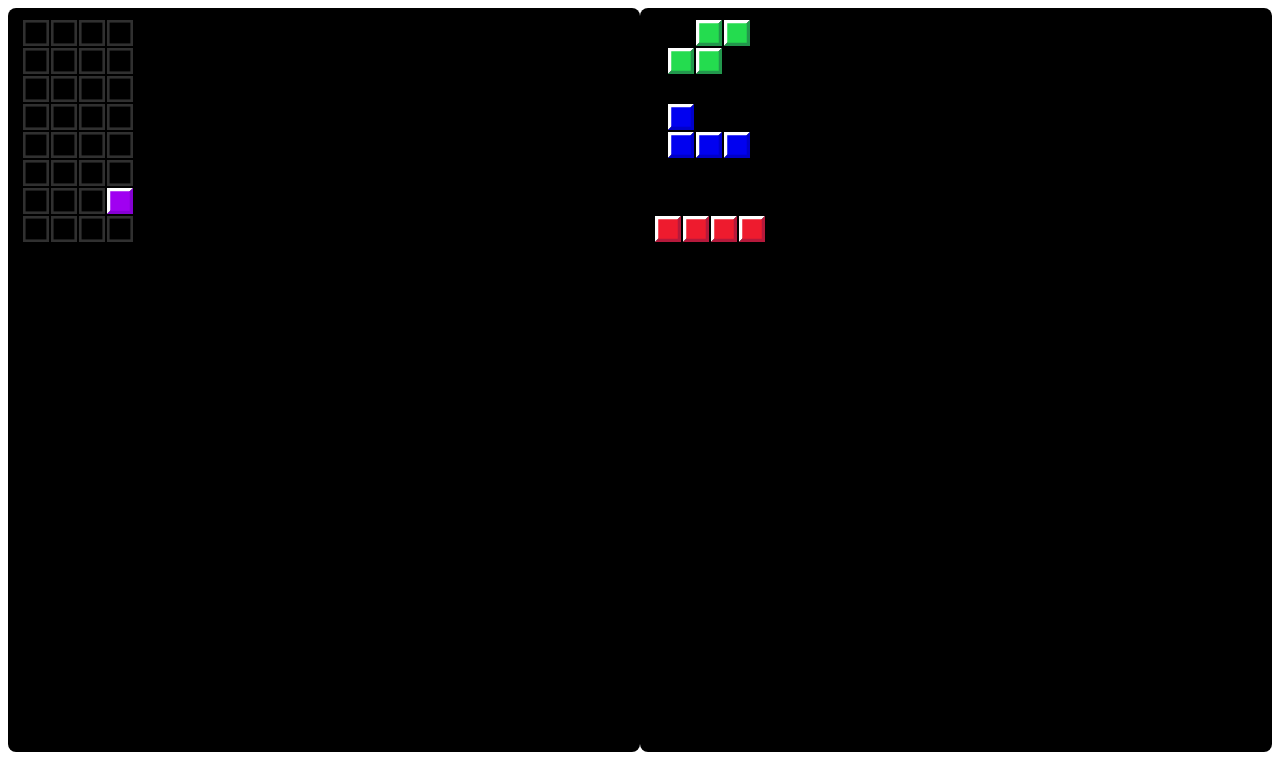
Repository: powidev/Epik-Tetris
Page: index.html
The author's editor kept a copy of each file at every save. The page is drawn from the files as they stood at one save, then again after the next save.
The browser window is 1280 px wide. The pictures show the whole page.

Above is the page before, as saved 2025-05-20 16:40:41.

### index.html
<!DOCTYPE html>
<html lang="en">
<head>
    <meta charset="UTF-8">
    <meta name="viewport" content="width=device-width, initial-scale=1.0">
    <title>Tetris</title>
    <link rel="stylesheet" href="style.css">
</head>
<body>
    <div class="canvas-container">
        <canvas id="canvas-tetris"></canvas>
    </div>

    <div class="canvas-container">
        <canvas id="canvas-next"></canvas>
    </div>

    <script src="scripts/main.js" type="module"></script>
</body>
</html>

### style.css
body {
    display: flex;
}
.canvas-container {
    width: 100%;
    height: 100vh;
    background-color: black;
    padding: 12px 15px;
    border-radius: 8px;
}

### scripts/main.js
import { Game } from '/scripts/game.js';

const canvasTetris = document.getElementById("canvas-tetris");
const canvasNext = document.getElementById("canvas-next");
const rows = 20;
const cols = 10;
const cellSize = 26;
const space = 2;

const game = new Game(canvasTetris, rows, cols, cellSize, space,canvasNext);

function update() {
    game.update();
    requestAnimationFrame(update);
}

update();

### scripts/game.js
import { TetrominosBag } from "/scripts/tetromino.js";
import { BoardTetris, BoardNext, BoardHold } from "/scripts/boardTetris.js";

export class Game {
    constructor(canvas, rows, cols, cellSize, space, canvasNext) {
        this.boardTetris = new BoardTetris(canvas, rows, cols, cellSize, space);
        this.tetrominosBag = new TetrominosBag(canvas, cellSize);
        this.currentTetromino = this.tetrominosBag.nextTetromino();
        this.keyboard();
        this.keys = {up:false,down:false}

        this.lastTime = 0;
        this.lastTime2 = 0;

        this.next = new BoardNext(canvasNext, 8, 4, cellSize, space, this.tetrominosBag.getThreeNextTetrominos());
        this.hold = new BoardHold(canvas, 8, 4, cellSize, space, this.tetrominosBag.getThreeNextTetrominos());
    }
    update(){
        let currentTime = Date.now();
        let deltaTime = currentTime - this.lastTime;
        let deltaTime2 = currentTime - this.lastTime2;

        if(deltaTime >= 1000){
            this.autoMoveTetrominoDown();
            this.lastTime = currentTime;
        }
        if(deltaTime2 >= 50){
            this.boardTetris.draw();
            this.drawTetrominoGhost();
            this.currentTetromino.draw(this.boardTetris);

            this.next.draw2();

            if(this.keys.down){
                this.moveTetrominoDown();
            }
            this.lastTime2 = currentTime;
        }
    }
    autoMoveTetrominoDown(){
        this.currentTetromino.move(1,0);
        if(this.blockedTetromino()){
            this.currentTetromino.move(-1,0);
            this.placeTetromino();
        }
    }
    blockedTetromino(){
        const tetrominoPositions = this.currentTetromino.currentPositions();
        for(let i = 0; i < tetrominoPositions.length; i++){
            if(!this.boardTetris.isEmpty(tetrominoPositions[i].row,tetrominoPositions[i].column)){
                return true;
            }
        }
        return false;
    }
    moveTetrominoLeft(){
        this.currentTetromino.move(0,-1);
        if(this.blockedTetromino()){
            this.currentTetromino.move(0,1);
        }
    }
    moveTetrominoRight(){
        this.currentTetromino.move(0,1);
        if(this.blockedTetromino()){
            this.currentTetromino.move(0,-1);
        }
    }
    moveTetrominoDown(){
        this.currentTetromino.move(1,0);
        if(this.blockedTetromino()){
            this.currentTetromino.move(-1,0);
        }
    }
    rotationTetrominoCW(){
        this.currentTetromino.rotation++;
        if(this.currentTetromino.rotation > this.currentTetromino.shapes.length-1){
            this.currentTetromino.rotation = 0;
        }
        if(this.blockedTetromino()){
            this.rotationTetrominoCCW();
        }
    }
    rotationTetrominoCCW(){
        this.currentTetromino.rotation--;
        if(this.currentTetromino.rotation < 0){
            this.currentTetromino.rotation = this.currentTetromino.shapes.length-1;
        }
        if(this.blockedTetromino()){
            this.rotationTetrominoCW();
        }
    }
    placeTetromino(){
        const tetrominoPositions = this.currentTetromino.currentPositions();
        for(let i = 0; i < tetrominoPositions.length; i++){
            this.boardTetris.matriz
                    [tetrominoPositions[i].row]
                    [tetrominoPositions[i].column] = this.currentTetromino.id;
        }
        this.boardTetris.clearFullRows();
        if(this.boardTetris.gameOver()){
            return true;
        }else{
            this.currentTetromino = this.tetrominosBag.nextTetromino();
            this.next.listTretominos = this.tetrominosBag.getThreeNextTetrominos();
            this.next.updateMatriz();
        }
    }
    dropDistance(position){
        let distance = 0;
        while(this.boardTetris.isEmpty(position.row + distance +1, position.column)){
            distance++;
        }
        return distance;
    }
    tetrominoDropDistance(){
        let drop = this.boardTetris.rows;
        const tetrominoPositions = this.currentTetromino.currentPositions();
        for(let i = 0; i < tetrominoPositions.length; i++){
            drop = Math.min(drop, this.dropDistance(tetrominoPositions[i]))
        }
        return drop;
    }
    drawTetrominoGhost(){
        const dropDistance = this.tetrominoDropDistance();
        const tetrominoPositions = this.currentTetromino.currentPositions();
        for(let i = 0; i < tetrominoPositions.length; i++){
            let position = this.boardTetris.getCoordinates(
                tetrominoPositions[i].column,
                tetrominoPositions[i].row + dropDistance
            );
            this.boardTetris.drawSquare(position.x,position.y,this.boardTetris.cellSize,"#000","white",20);
        }
    }
    dropBlock(){
        this.currentTetromino.move(this.tetrominoDropDistance(),0);
        this.placeTetromino();
    }
    keyboard(){
        window.addEventListener("keydown", (evt) => {
            if(evt.key === "ArrowLeft"){
                this.moveTetrominoLeft();
            }
            if(evt.key === "ArrowRight"){
                this.moveTetrominoRight();
            }
            if(evt.key === "ArrowUp" && !this.keys.up){
                this.rotationTetrominoCW();
                this.keys.up = true;
            }
            if(evt.key === "ArrowDown"){
                this.moveTetrominoDown();
                this.keys.down = true;
            }
        });
        window.addEventListener("keyup", (evt) => {
            if(evt.key === "ArrowUp"){
                this.keys.up = false;
            }
            if(evt.key === "ArrowDown"){
                this.keys.down = false;
            }
        });
        window.addEventListener("click", () => {
            this.dropBlock();
        });
    }
}

### scripts/tetromino.js
class Position{
    constructor(row, column){
        this.row = row;
        this.column = column;
    }
}

class Tetromino {
    constructor(canvas, cellSize, shapes = [], initPosition = new Position(), id=1) {
        this.canvas = canvas;
        this.ctx = this.canvas.getContext('2d');
        this.cellSize = cellSize;
        this.shapes = shapes;
        this.rotation = 0;
        this.initPosition = initPosition;
        this.position = new Position(this.initPosition.row, this.initPosition.column);
        this.id = id;
    }
    drawSquare(x, y, side, color) {
        this.ctx.fillStyle = color;
        this.ctx.fillRect(x, y, side, side);
    }
    drawTriangle(x1, y1, x2, y2, x3, y3, color) {
        this.ctx.beginPath();
        this.ctx.moveTo(x1, y1);
        this.ctx.lineTo(x2, y2);
        this.ctx.lineTo(x3, y3);
        this.ctx.closePath();
        this.ctx.fillStyle = color;
        this.ctx.fill();
    }
    getColorPalette(id) {
        const palette = {
            1:{
                rightTriangle : "#FE8601",
                leftTriangle : "#FFFFFF",
                square : "#FFDB01"
            },
            2:{
                rightTriangle : "#FE5E02",
                leftTriangle : "#FFFFFF",
                square : "#FE8602"
            },
            3:{
                rightTriangle : "#B5193B",
                leftTriangle : "#FFFFFF",
                square : "#EE1B2E"
            },
            4:{
                rightTriangle : "#22974C",
                leftTriangle : "#FFFFFF",
                square : "#24DC4F"
            },
            5:{
                rightTriangle : "#49BDFF",
                leftTriangle : "#FFFFFF",
                square : "#2D97F7"
            },
            6:{
                rightTriangle : "#0000C9",
                leftTriangle : "#FFFFFF",
                square : "#0101F0"
            },
            7:{
                rightTriangle : "#8500D3",
                leftTriangle : "#FFFFFF",
                square : "#A000F1"
            }
        }
        return palette[id] || palette[1];
    }
    drawBlock(x, y, id){
        const margin = this.cellSize / 8;
        const palette = this.getColorPalette(id);

        this.drawTriangle(
            x, y,
            x + this.cellSize, y,
            x, y + this.cellSize,
            palette.leftTriangle
        );

        this.drawTriangle(
            x + this.cellSize, y,
            x + this.cellSize, y + this.cellSize,
            x, y + this.cellSize,
            palette.rightTriangle
        );

        this.drawSquare(
            x + margin,
            y + margin,
            this.cellSize - (margin * 2),
            palette.square
        );
    }
    currentShape(){
        return this.shapes[this.rotation];
    }
    draw(grid){
        const shape = this.currentShape();
        for(let i = 0; i < shape.length; i++){
            const position = grid.getCoordinates(
                this.position.column + shape[i].column,
                this.position.row + shape[i].row
            );
            this.drawBlock(position.x, position.y, this.id);
        }
    }
    currentPositions(){
        const positions = [];
        const shape = this.currentShape();
        for(let i = 0; i < shape.length; i++){
            positions.push(new Position(
                this.position.row + shape[i].row,
                this.position.column + shape[i].column
            ));
        }
        return positions;
    }
    move(row, column){
        this.position.row += row;
        this.position.column += column;
    }
    reset(){
        this.rotation = 0;
        this.position = new Position(this.initPosition.row, this.initPosition.column);
    }
}

const TetrominoTypes = {
    T:{
        id:1,
        initPosition: new Position(0, 3),
        shapes: [
            [new Position(0, 1), new Position(1, 0), new Position(1, 1), new Position(1, 2)],
            [new Position(0, 1), new Position(1, 1), new Position(1, 2), new Position(2, 1)],
            [new Position(1, 0), new Position(1, 1), new Position(1, 2), new Position(2, 1)],
            [new Position(0, 1), new Position(1, 0), new Position(1, 1), new Position(2, 1)]
        ]
    },
    O:{
        id:2,
        initPosition: new Position(0, 4),
        shapes: [
            [new Position(0, 0), new Position(0, 1), new Position(1, 0), new Position(1, 1)]
        ]
    },
    I:{
        id:3,
        initPosition: new Position(-1, 3),
        shapes: [
            [new Position(1, 0), new Position(1, 1), new Position(1, 2), new Position(1, 3)],
            [new Position(0, 2), new Position(1, 2), new Position(2, 2), new Position(3, 2)],
            [new Position(2, 0), new Position(2, 1), new Position(2, 2), new Position(2, 3)],
            [new Position(0, 1), new Position(1, 1), new Position(2, 1), new Position(3, 1)]
        ]
    },
    S:{
        id:4,
        initPosition: new Position(0, 3),
        shapes: [
            [new Position(0, 1), new Position(0, 2), new Position(1, 0), new Position(1, 1)],
            [new Position(0, 1), new Position(1, 1), new Position(1, 2), new Position(2, 2)],
            [new Position(1, 1), new Position(1, 2), new Position(2, 0), new Position(2, 1)],
            [new Position(0, 0), new Position(1, 0), new Position(1, 1), new Position(2, 1)]
        ]
    },
    Z:{
        id:5,
        initPosition: new Position(0, 3),
        shapes: [
            [new Position(0, 0), new Position(0, 1), new Position(1, 1), new Position(1, 2)],
            [new Position(0, 2), new Position(1, 1), new Position(1, 2), new Position(2, 1)],
            [new Position(1, 0), new Position(1, 1), new Position(2, 1), new Position(2, 2)],
            [new Position(0, 1), new Position(1, 0), new Position(1, 1), new Position(2, 0)]
        ]
    },
    J:{
        id:6,
        initPosition: new Position(0, 3),
        shapes: [
            [new Position(0, 0), new Position(1, 0), new Position(1, 1), new Position(1, 2)],
            [new Position(0, 1), new Position(0, 2), new Position(1, 1), new Position(2, 1)],
            [new Position(1, 0), new Position(1, 1), new Position(1, 2), new Position(2, 2)],
            [new Position(0, 1), new Position(1, 1), new Position(2, 0), new Position(2, 1)]
        ]
    },
    L:{
        id:7,
        initPosition: new Position(0, 3),
        shapes: [
            [new Position(0, 2), new Position(1, 0), new Position(1, 1), new Position(1, 2)],
            [new Position(0, 1), new Position(1, 1), new Position(2, 1), new Position(2, 2)],
            [new Position(1, 0), new Position(1, 1), new Position(1, 2), new Position(2, 0)],
            [new Position(0, 0), new Position(0, 1), new Position(1, 1), new Position(2, 1)]
        ]
    }
};

class TetrominosBag {
    constructor(canvas, cellSize){
        this.canvas = canvas;
        this.cellSize = cellSize;
        this.bag = [];
        this.threeNextTetrominos = [];
        this.init();
    }
    init(){
        for(let i=0; i<3; i++){
            this.threeNextTetrominos.push(this.getNextTetromino());
        }
    }
    fillbag(){
        const tetrominosTypes = [
            TetrominoTypes.T,
            TetrominoTypes.O,
            TetrominoTypes.I,
            TetrominoTypes.S,
            TetrominoTypes.Z,
            TetrominoTypes.J,
            TetrominoTypes.L
        ]
        this.bag.length = 0;

        tetrominosTypes.forEach(type=>{
            this.bag.push(new Tetromino(
                this.canvas,
                this.cellSize,
                type.shapes,
                type.initPosition,
                type.id
            ));
        });

        for(let i = this.bag.length - 1; i>0 ; i--){
            let j = Math.floor(Math.random() * (i + 1));
            [this.bag[i], this.bag[j]] = [this.bag[j], this.bag[i]];
        }
    }
    getNextTetromino(){
        if(this.bag.length === 0){
            this.fillbag();
        }
        return this.bag.pop();
    }
    nextTetromino(){
        const next = this.threeNextTetrominos.shift();
        this.threeNextTetrominos.push(this.getNextTetromino());
        return next;
    }
    getThreeNextTetrominos(){
        return this.threeNextTetrominos;
    }
    reset(){
        this.bag = [];
        this.threeNextTetrominos = [];
        this.init();
    }
}

export { Position, Tetromino, TetrominoTypes, TetrominosBag };

### scripts/boardTetris.js
import { Grid } from '/scripts/grid.js';

export class BoardTetris extends Grid {
    constructor(canvas, rows, cols, cellSize, space) {
        super(canvas, rows, cols, cellSize, space);
    }

    isInside(row, col){
        return row >= 0 && row < this.rows && col >= 0 && col < this.cols;
    }
    isEmpty(row, col){
        return this.isInside(row, col) && this.matriz[row][col] === 0;
    }
    isRowFull(row){
        return this.matriz[row].every(element => element !== 0);
    }
    isRowEmpty(row){
        return this.matriz[row].every(element => element === 0);
    }
    clearRow(row){
        this.matriz[row].fill(0);
    }
    moveRowDown(row, numRows){
        this.matriz[row + numRows] = this.matriz[row].slice();
        this.clearRow(row);
    }
    clearFullRows(){
        let cont = 0;

        for(let row  = this.rows - 1; row >= 0; row--){
            if(this.isRowFull(row)){
                this.clearRow(row);
                cont++;
            }
            else if(cont > 0){
                this.moveRowDown(row, cont);
            }
        }
        return cont;
    }
    gameOver(){
        return !(this.isRowEmpty(0));
    }
}

export class BoardNext extends Grid {
    constructor(canvas, rows, cols, cellSize, space, listTretominos) {
        super(canvas, rows, cols, cellSize, space);
        this.listTretominos = listTretominos;
        this.updateMatriz();
    }
    updateMatriz(){
        this.restartMatriz();
        let cont = 0;
        for(let i = 0; i < this.listTretominos.length; i++){
            const shape = this.listTretominos[i].currentShape();
            for(let j = 0; j < shape.length; j++){
                this.matriz[shape[j].row + cont][shape[j].column] = this.listTretominos[i].id;
            }
            cont += 3;
        }
    }
}

export class BoardHold extends Grid {
    constructor(canvas, rows, cols, cellSize, space) {
        super(canvas, rows, cols, cellSize, space);
        this.tetromino = null;
        this.updateMatriz();
    }
    updateMatriz(){
        if(this.tetromino == null) return;
        this.tetromino.reset();
        this.restartMatriz();
        const shape = this.tetromino.currentShape();
        for(let i = 0; i < shape.length; i++){
            this.matriz[shape[i].row][shape[i].column] = this.tetromino.id;
        }
    }
}

### scripts/grid.js
import { Tetromino } from '/scripts/tetromino.js';

export class Grid {
    constructor(canvas, rows, cols, cellSize, space) {
        this.canvas = canvas;
        this.ctx = canvas.getContext('2d');
        this.rows = rows;
        this.cols = cols;
        this.cellSize = cellSize;
        this.space = space;
        this.matriz = [];
        this.restartMatriz();

        this.canvas.width = this.cols * this.cellSize + (this.space * this.cols);
        this.canvas.height = this.rows * this.cellSize + (this.space * this.rows);

        this.block = new Tetromino(this.canvas, this.cellSize);
    }
    restartMatriz(){
        for(let r = 0; r < this.rows; r++){
            this.matriz[r] = [];
            for(let c = 0; c < this.cols; c++){
                this.matriz[r][c] = 0;
            }
        }
    }
    drawSquare(x, y, side, color, borderColor, border) {
        const bordeSize = side / border;

        this.ctx.fillStyle = color;
        this.ctx.fillRect(x, y, side, side);

        this.ctx.strokeStyle = borderColor;
        this.ctx.lineWidth = bordeSize;
        this.ctx.strokeRect(x+bordeSize/2, y+bordeSize/2, side-bordeSize, side-bordeSize);
    }
    getCoordinates(col, row){
        return {x: col * (this.cellSize + this.space), y: row * (this.cellSize + this.space)};
    }
    draw(){
        for(let r = 0; r < this.rows; r++){
            for(let c = 0; c < this.cols; c++){
                const position = this.getCoordinates(c, r);
                if(this.matriz[r][c] !== 0){
                    this.block.drawBlock(position.x,position.y,this.matriz[r][c]);
                }
                else{
                    this.drawSquare(position.x, position.y, this.cellSize, "#000", "#303030",10);
                }
            }
        }
        this.printMatriz();
    }
    draw2(){
        this.drawBackground();
        for(let r = 0; r < this.rows; r++){
            for(let c = 0; c < this.cols; c++){
                const position = this.getCoordinates(c, r);
                if(this.matriz[r][c] !== 0){
                    if(this.matriz[r][c] === 2){
                        this.block.drawBlock(position.x + this.cellSize, position.y, this.matriz[r][c]);
                    }else if(this.matriz[r][c] === 3){
                        this.block.drawBlock(position.x,position.y,this.matriz[r][c]);
                    }else{
                        this.block.drawBlock(position.x + this.cellSize/2, position.y, this.matriz[r][c]);
                    }
                }
            }
        }
        this.printMatriz();
    }
    drawBackground(){
        this.ctx.fillStyle = "black";
        this.ctx.fillRect(0, 0, this.canvas.width, this.canvas.height);
    }
    printMatriz(){
        let text = "";
        this.matriz.forEach((row) => {
            text += row.join(" ") + "\n";
        });
        console.log(text);
    }
}

After the next save:
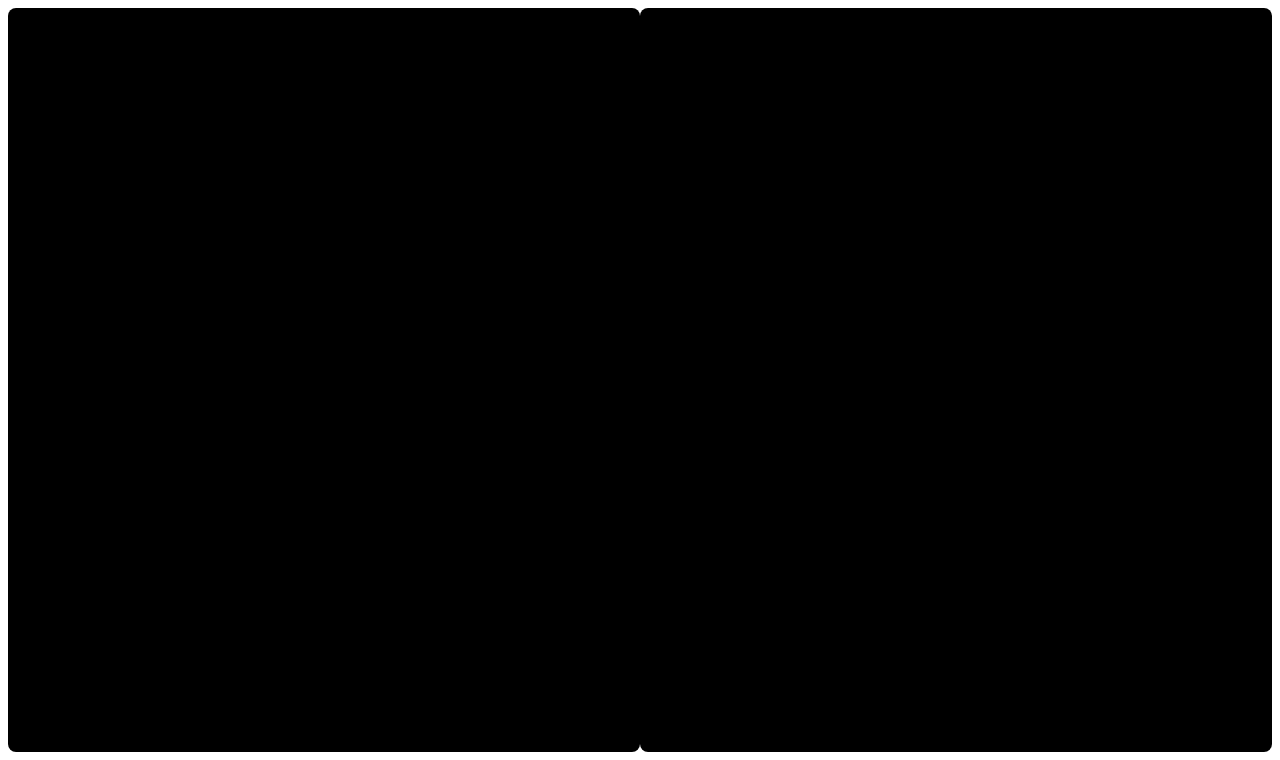
Console error: ReferenceError: canvasHold is not defined
Saved 12 s later.
--- a/scripts/game.js
+++ b/scripts/game.js
@@ -13,7 +13,7 @@
         this.lastTime2 = 0;
 
         this.next = new BoardNext(canvasNext, 8, 4, cellSize, space, this.tetrominosBag.getThreeNextTetrominos());
-        this.hold = new BoardHold(canvas, 8, 4, cellSize, space, this.tetrominosBag.getThreeNextTetrominos());
+        this.hold = new BoardHold(canvasHold, 8, 4, cellSize, space, this.tetrominosBag.getThreeNextTetrominos());
     }
     update(){
         let currentTime = Date.now();
